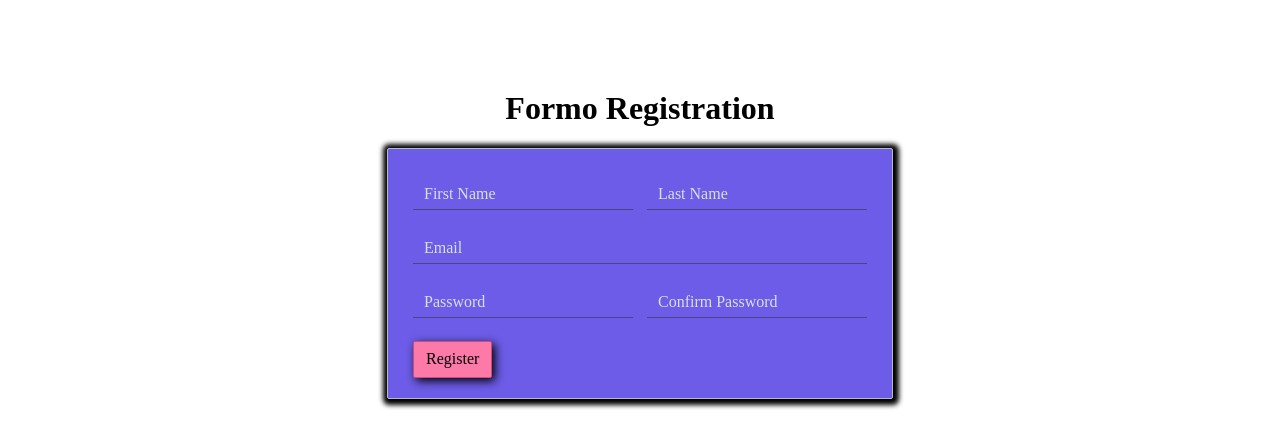
Repository: AMAmine89/vanilla-projects
Page: formo/index.html
An editor plug-in stored every save of this project. The page is shown before and after the next save, followed by the edit.
The browser window is 1280 px wide. The pictures show the whole page.

Above is the page before, as saved 2021-05-05 08:27:30.

### formo/index.html
<!DOCTYPE html>
<html lang="en">
<head>
    <meta charset="UTF-8">
    <meta http-equiv="X-UA-Compatible" content="IE=edge">
    <meta name="viewport" content="width=device-width, initial-scale=1.0">
    <link rel="stylesheet" href="css/normalize.css">
    <link rel="stylesheet" href="style.css">
    <title>Formo</title>
</head>
<body>
    <head>
        <h1>Formo Registration</h1>
    </head>
    <section>
        <form>
            <div class="double-block">
                <div>
                    <span class="first-name">
                        <input type="text" name="first-name" id="first-name">
                    </span>
                </div>
                <div>
                    <span class="last-name">
                        <input type="text" name="last-name">
                    </span>
                </div>
            </div>
            <div>
                <span class="email"><input type="email" name="email"></span>
            </div>
            <div class="double-block">
                <div>
                    <span class="password">
                        <input type="password" name="password">
                    </span>
                </div>
                <div>
                    <span class="confirm-password">
                        <input type="password" name="confirm-password">
                    </span>
                </div>
            </div>
            <div>
                <input type="submit" value="Register">
            </div>
        </form>
    </section>
</body>
</html>

### formo/style.css
section {
    display: flex;
    justify-content: center;
    margin-top: 10px;
    color: #d5e1e4;
}

h1 {
    text-align: center;
    margin-top: 90px;
}

form {
    background: #6c5ce7;
    padding: 20px;
    border: 1px solid rgb(187, 187, 187);
    box-shadow: 1px 1px 5px 5px black;
    border-radius: 2px;
    -webkit-border-radius: 2px;
    -moz-border-radius: 2px;
    -ms-border-radius: 2px;
    -o-border-radius: 2px;
}

div {
    position: relative;
}

.double-block div {
    display: inline-block;
}

input:not(input[type="submit"]) {
    padding: 5px 10px;
    height: 20px;
    background: transparent;
    border-top: none;
    border-right: none;
    border-left: none;
    border-bottom: solid 1px rgba(49, 49, 49, 0.527);
    margin: 10px 5px;
    outline: none;
    z-index: 2;
}

input[type="email"] {
    width: -webkit-fill-available;
}

span::after {
    content: '';
    width: 0;
    margin: auto;
    display: block;
    height: 1px;
    position: relative;
    bottom: 13px;
    color: rgb(49, 49, 49);
    border-bottom: solid 2px;
    transition: width .3s ease-in-out;
    -webkit-transition: width .3s ease-in-out;
    -moz-transition: width .3s ease-in-out;
    -ms-transition: width .3s ease-in-out;
    -o-transition: width .3s ease-in-out;
}

span:focus-within::after {
    width: calc(100% - 10px);
}

input[type="submit"] {
    padding: 8px 12px;
    background-color: #fd79a8;
    border: 1px solid #cc4c79;
    outline: none;
    cursor: pointer;
    color: initial;
    box-shadow: 3px 3px 10px 0px black;
    border-radius: 2px;
    margin-top: 10px;
    margin-left: 5px;
    -webkit-border-radius: 2px;
    -moz-border-radius: 2px;
    -ms-border-radius: 2px;
    -o-border-radius: 2px;
    transition: all .6 ease-in-out;
    -webkit-transition: all .6 ease-in-out;
    -moz-transition: all .6 ease-in-out;
    -ms-transition: all .6 ease-in-out;
    -o-transition: all .6 ease-in-out;
}

input[type="submit"]:hover {
    background-color: #cc4c79;
    color: aliceblue;
}

.first-name::before {
    content: 'First Name';
}

.last-name::before {
    content: 'Last Name';
}

.email::before {
    content: 'Email';
}
.password::before {
    content: 'Password';
}
.confirm-password::before {
    content: 'Confirm Password';
}

span {
    z-index: 1;
}

span::before {
    cursor: text;
    display: inline-block;
    position: absolute;
    top: 16px;
    left: 16px;
    bottom: 0;
    font-size: initial;
    transition: all .3s ease-in-out;
    -webkit-transition: all .3s ease-in-out;
    -moz-transition: all .3s ease-in-out;
    -ms-transition: all .3s ease-in-out;
    -o-transition: all .3s ease-in-out;
}

span:focus-within::before, span:focus::before, span:focus-within:valid::before {
    top: 0;
    left: 10px;
    bottom: 30px;
    font-size: .85em;
}

label {
    cursor: text;
    display: inline-block;
    position: relative;
    bottom: auto;
    left: -180px;
    transition: bottom .7s ease-in-out;
    -webkit-transition: bottom .7s ease-in-out;
    -moz-transition: bottom .7s ease-in-out;
    -ms-transition: bottom .7s ease-in-out;
    -o-transition: bottom .7s ease-in-out;
}

input:-internal-autofill-selected {
    color: initial !important;
    background-color: initial !important;
}

Loaded but not shown: formo/normalize.css (library)

After the next save:
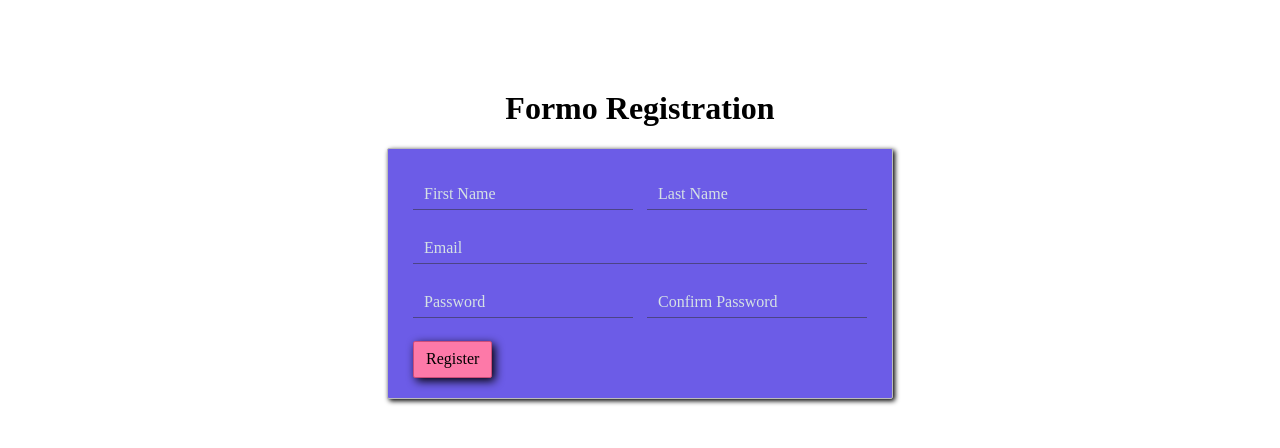
Saved 16 s later.
--- a/formo/style.css
+++ b/formo/style.css
@@ -14,7 +14,7 @@ form {
     background: #6c5ce7;
     padding: 20px;
     border: 1px solid rgb(187, 187, 187);
-    box-shadow: 1px 1px 5px 5px black;
+    box-shadow: 2px 2px 5px 0px black;
     border-radius: 2px;
     -webkit-border-radius: 2px;
     -moz-border-radius: 2px;
